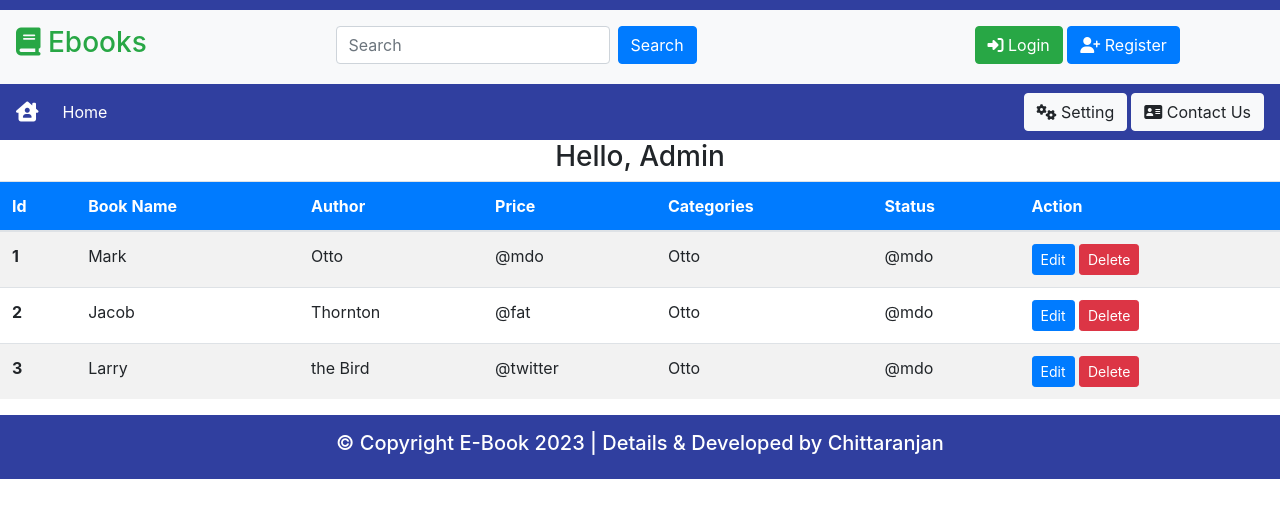
Repository: chittaranjan24/E-Books_Management_System
Page: http://localhost/Ebook-App/admin/orders.jsp
The author's editor kept a copy of each file at every save. The page is drawn from the files as they stood at one save, then again after the next save.
The browser window is 1280 px wide. The pictures show the whole page.
Some web libraries are served in a nearby version. The page is served by Tomcat 9. Other server files are loaded and not shown.

Above is the page before, as saved 2023-08-26 19:25:27.

### Ebook-App/src/main/webapp/admin/orders.jsp
<%@ page language="java" contentType="text/html; charset=ISO-8859-1"
	pageEncoding="ISO-8859-1"%>
<!DOCTYPE html>
<html>
<head>
<meta charset="ISO-8859-1">
<title>Admin: Orders</title>
<%@include file="allCss.jsp"%>
</head>
<body>
	<%@include file="navbar.jsp"%>
	<h3 class="text-center">Hello, Admin</h3>

	<table class="table table-striped">
		<thead class="bg-primary text-white">
			<tr>
				<th scope="col">Id</th>
				<th scope="col">Book Name</th>
				<th scope="col">Author</th>
				<th scope="col">Price</th>
				<th scope="col">Categories</th>
				<th scope="col">Status</th>
				<th scope="col">Action</th>
			</tr>
		</thead>
		<tbody>
			<tr>
				<th scope="row">1</th>
				<td>Mark</td>
				<td>Otto</td>
				<td>@mdo</td>
				<td>Otto</td>
				<td>@mdo</td>
				<td>
				<a href="#" class="btn btn-sm btn-primary">Edit</a>
				<a href="#" class="btn btn-sm btn-danger">Delete</a>
				</td>
			</tr>
			<tr>
				<th scope="row">2</th>
				<td>Jacob</td>
				<td>Thornton</td>
				<td>@fat</td>
				<td>Otto</td>
				<td>@mdo</td>
				<td>
				<a href="#" class="btn btn-sm btn-primary">Edit</a>
				<a href="#" class="btn btn-sm btn-danger">Delete</a>
				</td>
			</tr>
			<tr>
				<th scope="row">3</th>
				<td>Larry</td>
				<td>the Bird</td>
				<td>@twitter</td>
				<td>Otto</td>
				<td>@mdo</td>
				<td>
				<a href="#" class="btn btn-sm btn-primary">Edit</a>
				<a href="#" class="btn btn-sm btn-danger">Delete</a>
				</td>
			</tr>
		</tbody>
	</table>

	<%@include file="footer.jsp"%>
</body>
</html>

### Ebook-App/src/main/webapp/admin/allCss.jsp
<link rel="stylesheet"
	href="https://cdn.jsdelivr.net/npm/bootstrap@4.0.0/dist/css/bootstrap.min.css"
	integrity="sha384-Gn5384xqQ1aoWXA+058RXPxPg6fy4IWvTNh0E263XmFcJlSAwiGgFAW/dAiS6JXm"
	crossorigin="anonymous">


<script src="https://code.jquery.com/jquery-3.2.1.slim.min.js"
	integrity="sha384-KJ3o2DKtIkvYIK3UENzmM7KCkRr/rE9/Qpg6aAZGJwFDMVNA/GpGFF93hXpG5KkN"
	crossorigin="anonymous"></script>
<script
	src="https://cdn.jsdelivr.net/npm/popper.js@1.12.9/dist/umd/popper.min.js"
	integrity="sha384-ApNbgh9B+Y1QKtv3Rn7W3mgPxhU9K/ScQsAP7hUibX39j7fakFPskvXusvfa0b4Q"
	crossorigin="anonymous"></script>
<script
	src="https://cdn.jsdelivr.net/npm/bootstrap@4.0.0/dist/js/bootstrap.min.js"
	integrity="sha384-JZR6Spejh4U02d8jOt6vLEHfe/JQGiRRSQQxSfFWpi1MquVdAyjUar5+76PVCmYl"
	crossorigin="anonymous"></script>


<link rel="stylesheet"
	href="https://cdnjs.cloudflare.com/ajax/libs/font-awesome/6.4.2/css/all.min.css"
	integrity="sha512-z3gLpd7yknf1YoNbCzqRKc4qyor8gaKU1qmn+CShxbuBusANI9QpRohGBreCFkKxLhei6S9CQXFEbbKuqLg0DA=="
	crossorigin="anonymous" referrerpolicy="no-referrer" />


<link rel="stylesheet" href="style.css">

### Ebook-App/src/main/webapp/admin/navbar.jsp

<div class="container-fluid"
	style="height: 10px; background-color: #303f9f"></div>

<div class="container-fluid p-3 bg-light">
	<div class="row">
		<div class="col-md-3 text-success">
			<h3>
				<i class="fa-solid fa-book"></i> Ebooks
			</h3>
		</div>
		<div class="col-md-6">
			<form class="form-inline my-2 my-lg-0">
				<input class="form-control mr-sm-2" type="search"
					placeholder="Search" aria-label="Search">
				<button class="btn btn-primary my-2 my-sm-0" type="submit">Search</button>
			</form>
		</div>

		<div class="col-md-3">
			<a href="login.jsp" class="btn btn-success"><i
				class="fa-solid fa-right-to-bracket"></i> Login</a> <a
				href="register.jsp" class="btn btn-primary text-white"><i
				class="fa-solid fa-user-plus"></i> Register</a>
		</div>

	</div>
</div>


<nav class="navbar navbar-expand-lg navbar-dark bg-custom">
	<a class="navbar-brand" href="#"> <i
		class="fa-solid fa-house-chimney-user"></i>
	</a>
	<button class="navbar-toggler" type="button" data-toggle="collapse"
		data-target="#navbarSupportedContent"
		aria-controls="navbarSupportedContent" aria-expanded="false"
		aria-label="Toggle navigation">
		<span class="navbar-toggler-icon"></span>
	</button>

	<div class="collapse navbar-collapse" id="navbarSupportedContent">
		<ul class="navbar-nav mr-auto">
			<li class="nav-item active"><a class="nav-link" href="home.jsp">Home
					<span class="sr-only">(current)</span>
			</a></li>

		</ul>
		<form class="form-inline my-2 my-lg-0">

			<button class="btn btn-light my-2 my-sm-0" type="submit">
				<i class="fa-solid fa-gears"></i> Setting
			</button>
			<button class="btn btn-light my-2 my-sm-0 ml-1" type="submit">
				<i class="fa-solid fa-address-card"></i> Contact Us
			</button>

		</form>
	</div>
</nav>

### Ebook-App/src/main/webapp/admin/footer.jsp
<div class="container-fluid text-center text-white p-3 mt-2"
	style="background-color: #303f9f;">
	<h5>&copy; Copyright E-Book 2023 | Details &amp; Developed by Chittaranjan</h5>
</div>

### Ebook-App/src/main/webapp/admin/style.css
.bg-custom{
	background-color: #303f9f;
}

.navbar .nav-item:hover .nav-link {
	background-color: white;
	color: #303f9f;
	border-radius: 15px;
}

After the next save:
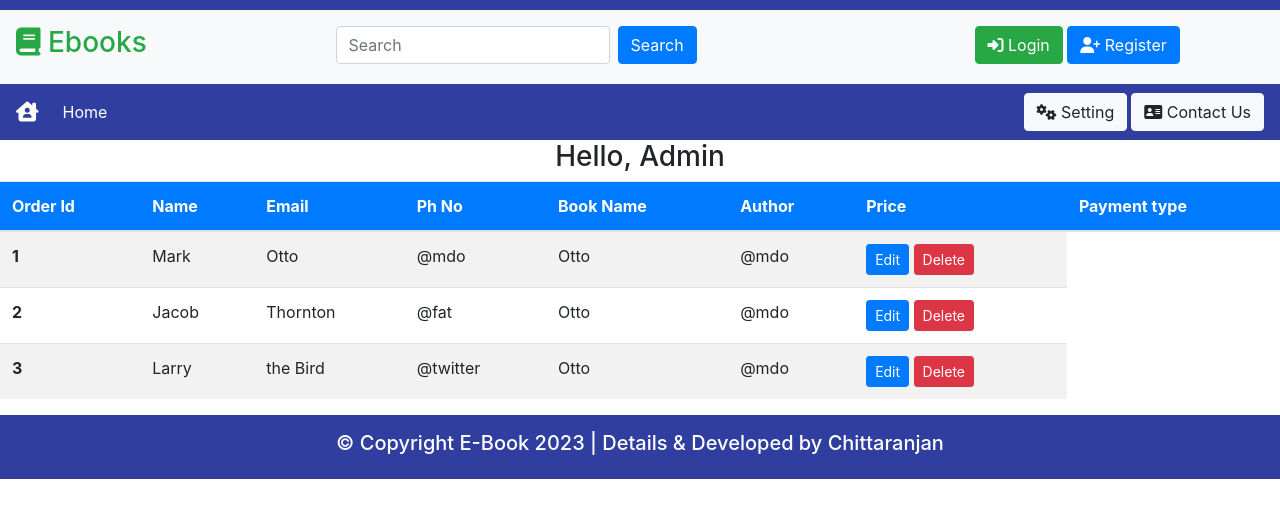
Saved 2 min 40 s later.
--- a/Ebook-App/src/main/webapp/admin/orders.jsp
+++ b/Ebook-App/src/main/webapp/admin/orders.jsp
@@ -14,13 +14,14 @@
 	<table class="table table-striped">
 		<thead class="bg-primary text-white">
 			<tr>
-				<th scope="col">Id</th>
+				<th scope="col">Order Id</th>
+				<th scope="col">Name</th>
+				<th scope="col">Email</th>
+				<th scope="col">Ph No</th>
 				<th scope="col">Book Name</th>
 				<th scope="col">Author</th>
 				<th scope="col">Price</th>
-				<th scope="col">Categories</th>
-				<th scope="col">Status</th>
-				<th scope="col">Action</th>
+				<th scope="col">Payment type</th>
 			</tr>
 		</thead>
 		<tbody>
